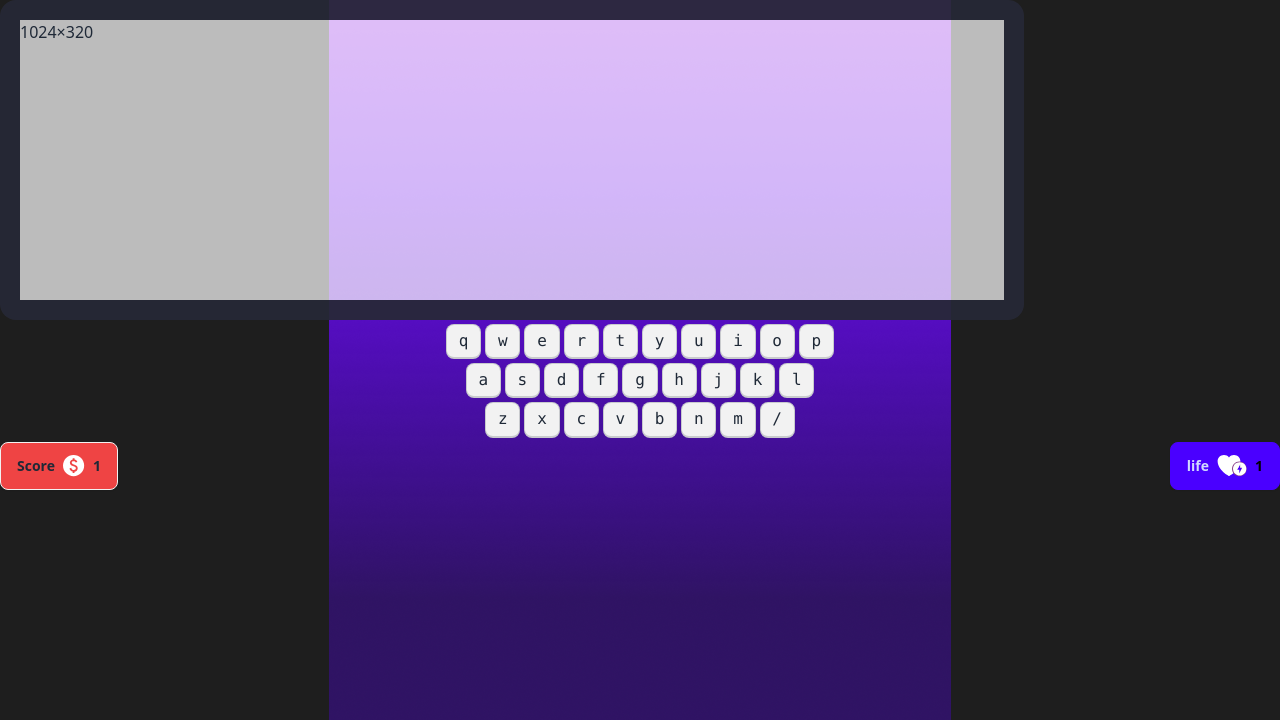
Repository: RudrasahaDibos/Alphabet-clash-
Page: index.html
The author's editor kept a copy of each file at every save. The page is drawn from the files as they stood at one save, then again after the next save.
The browser window is 1280 px wide. The pictures show the whole page.
Some web fonts or font styles are not loaded; a fallback is used. Some web libraries are served in a nearby version.

Above is the page before, as saved 2024-11-04 12:22:48.

### index.html
<!DOCTYPE html>
<html lang="en">
    <head>
        <meta charset="UTF-8">
        <meta name="viewport" content="width=device-width, initial-scale=1.0">
        <title>Alphabet Clash</title>
        <!-- daisy apa -->
        <link
            href="https://cdn.jsdelivr.net/npm/daisyui@4.12.14/dist/full.min.css"
            rel="stylesheet" type="text/css" />
        <script src="https://cdn.tailwindcss.com"></script>

        <!-- custom css  -->
        <link rel="stylesheet" href="style.css">

    </head>
    <body>
        <main
            class="bg-[#1E1E1E] min-h-screen bg-[url(images/background.png)] bg-no-repeat bg-center ">
            <!-- home screen  start here -->
            <section class="min-h-screen flex justify-center items-center hidden">
                <div class="flex flex-col justify-center items-center gap-10 ">
                    <h1
                        class="text-white text-8xl font-extrabold anton-sc-regular uppercase ">ALPHABET
                        CLASH</h1>
                    <p class="text-white ">Unleash Your Keyboard Kung Fu : Press
                        “Enter” to Play</p>
                    <button class="btn bg-white text-black">Play Now </button>
                </div>
            </section>
            <!-- home screen end here -->
            <!-- midlle screen start here -->
            <section>
                    <!-- display screen start here -->
                    <div class="artboard artboard-horizontal phone-6 border-[20px] border-[#010313CC] bg-[#FFFFFFB3] rounded-2xl">
                        1024×320
                    </div>
                     <!-- dispaly screen end here -->

                     <!-- keyboard start here  -->
                               <div>
                                <div class="my-1 flex w-full justify-center gap-1">
                                    <kbd class="kbd">q</kbd>
                                    <kbd class="kbd">w</kbd>
                                    <kbd class="kbd">e</kbd>
                                    <kbd class="kbd">r</kbd>
                                    <kbd class="kbd">t</kbd>
                                    <kbd class="kbd">y</kbd>
                                    <kbd class="kbd">u</kbd>
                                    <kbd class="kbd">i</kbd>
                                    <kbd class="kbd">o</kbd>
                                    <kbd class="kbd">p</kbd>
                                  </div>
                                  <div class="my-1 flex w-full justify-center gap-1">
                                    <kbd class="kbd">a</kbd>
                                    <kbd class="kbd">s</kbd>
                                    <kbd class="kbd">d</kbd>
                                    <kbd class="kbd">f</kbd>
                                    <kbd class="kbd">g</kbd>
                                    <kbd class="kbd">h</kbd>
                                    <kbd class="kbd">j</kbd>
                                    <kbd class="kbd">k</kbd>
                                    <kbd class="kbd">l</kbd>
                                  </div>
                                  <div class="my-1 flex w-full justify-center gap-1">
                                    <kbd class="kbd">z</kbd>
                                    <kbd class="kbd">x</kbd>
                                    <kbd class="kbd">c</kbd>
                                    <kbd class="kbd">v</kbd>
                                    <kbd class="kbd">b</kbd>
                                    <kbd class="kbd">n</kbd>
                                    <kbd class="kbd">m</kbd>
                                    <kbd class="kbd">/</kbd>
                                  </div>
                               </div>
                      <!-- keyboard end here -->

                      <!-- life and scrore button here -->
                               <div class="flex justify-between p">
                                <button class="btn bg-red-500">
                                    Score
                                      <img src="images/love.svg" alt="">
                                      <span>1</span>
                                  </button>

                                  <button class="btn btn-primary">
                                     life
                                    <img src="images/dolar.svg" alt="">
                                    <span class="text-black">1</span>
                                  </button>
                               </div>
                      <!-- life and scrore button end here -->
            </section>
            <!-- midlle screen end here -->
             <!-- last screen start here -->
            <section>

            </section>
            <!-- last screen end here -->
        </main>
    </body>
</html>

### style.css


@import url('https://fonts.googleapis.com/css2?family=Anton+SC&family=Manrope:wght@200..800&display=swap');


.font-manrope {
    font-family: "Manrope", serif;
  }

  .anton-sc-regular {
    font-family: "Anton SC", sans-serif;
  }

After the next save:
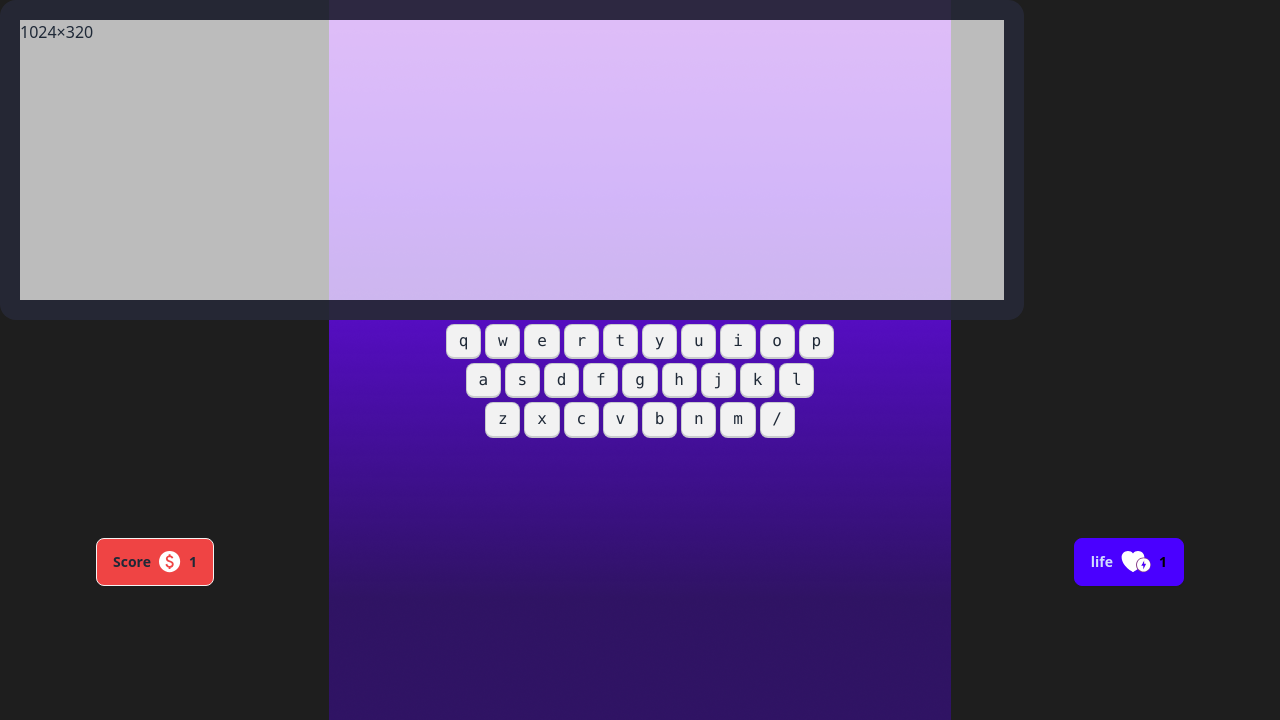
Saved 4 s later.
--- a/index.html
+++ b/index.html
@@ -76,7 +76,7 @@
                       <!-- keyboard end here -->
 
                       <!-- life and scrore button here -->
-                               <div class="flex justify-between p">
+                               <div class="flex justify-between p-24">
                                 <button class="btn bg-red-500">
                                     Score
                                       <img src="images/love.svg" alt="">

After the save that followed:
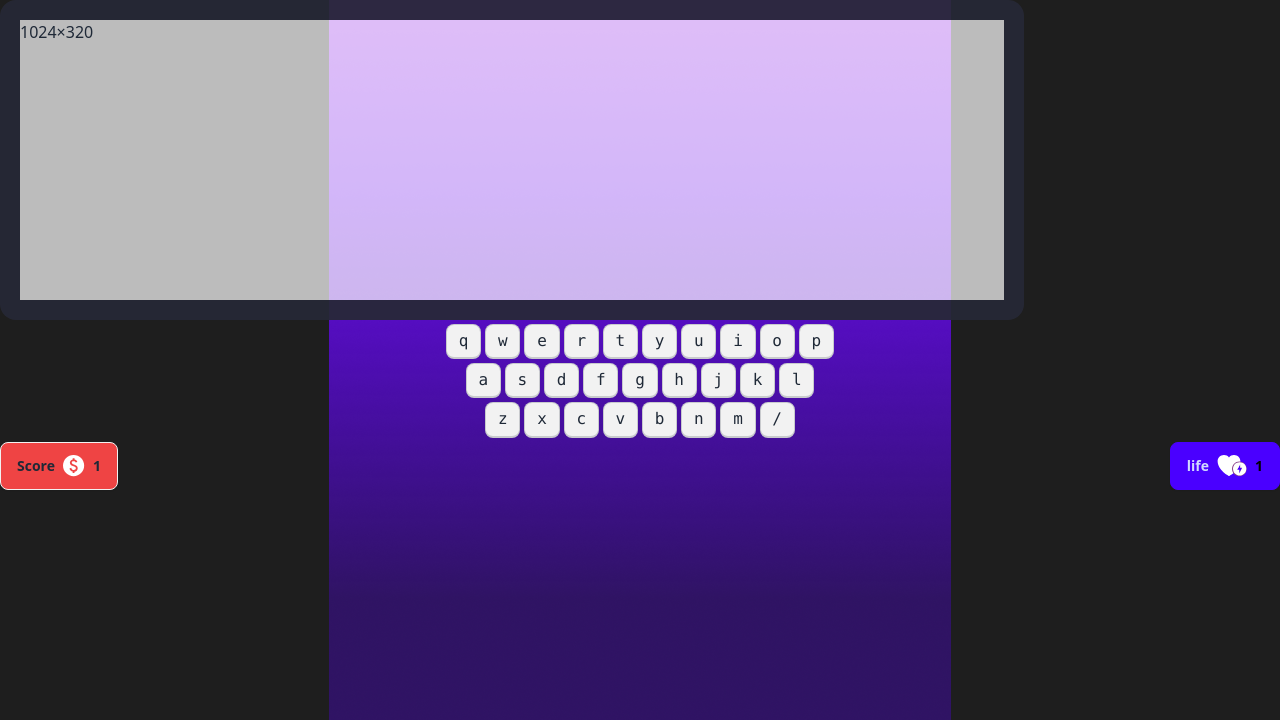
Saved 10 s later.
--- a/index.html
+++ b/index.html
@@ -76,7 +76,7 @@
                       <!-- keyboard end here -->
 
                       <!-- life and scrore button here -->
-                               <div class="flex justify-between p-24">
+                               <div class="flex justify-between ">
                                 <button class="btn bg-red-500">
                                     Score
                                       <img src="images/love.svg" alt="">
